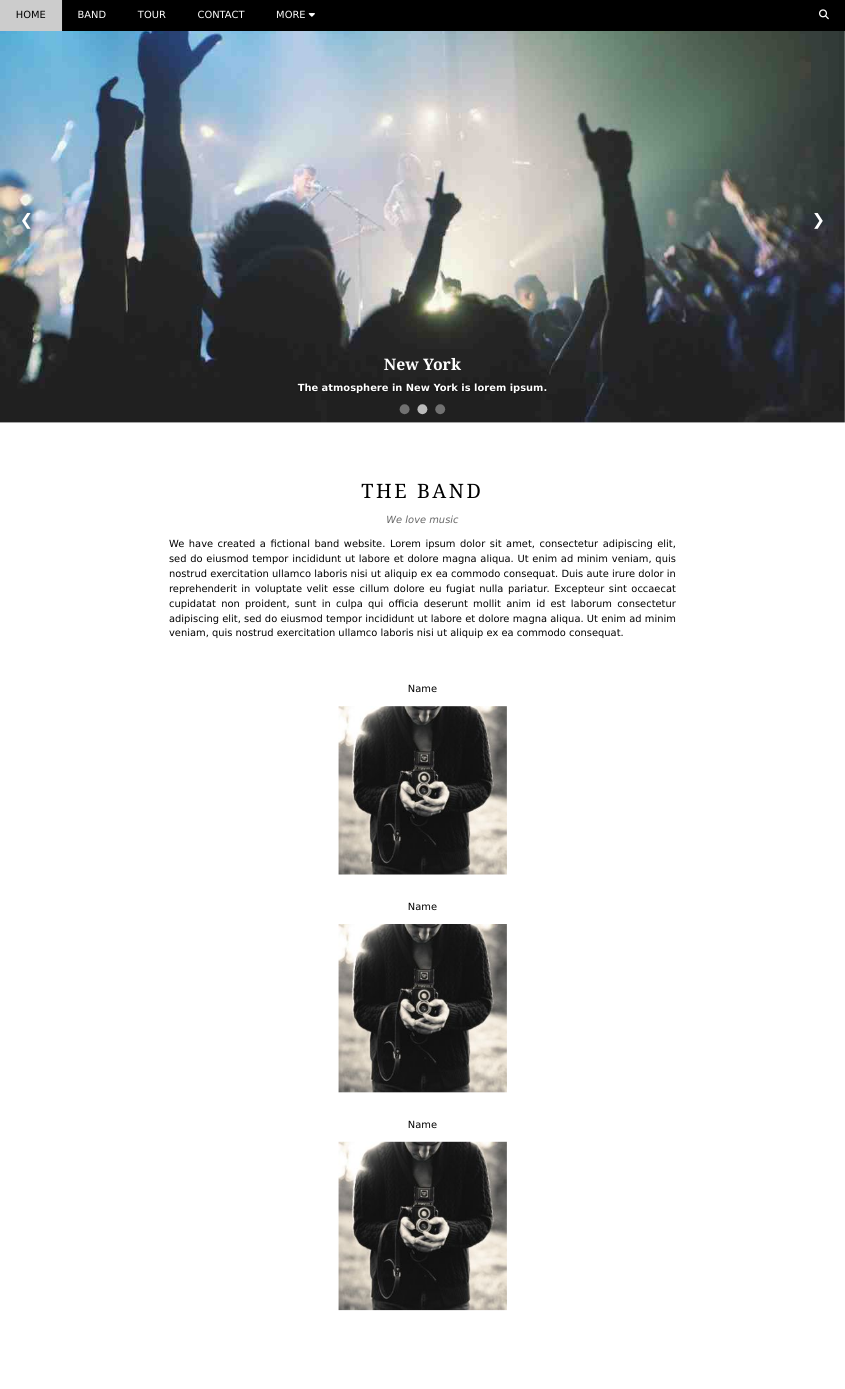
Repository: tam1512/The-Band
Page: index.html
An editor plug-in stored every save of this project. The page is shown before and after the next save, followed by the edit.
The browser window is 1280 px wide. The pictures show the whole page, at 66% of full size.
Some web libraries are served in a nearby version.

Above is the page before, as saved 2022-07-23 11:08:03.

### index.html
<!DOCTYPE html>
<html lang="en">
  <head>
    <meta charset="UTF-8" />
    <meta http-equiv="X-UA-Compatible" content="IE=edge" />
    <meta name="viewport" content="width=device-width, initial-scale=1.0" />
    <link
      rel="stylesheet"
      href="https://cdnjs.cloudflare.com/ajax/libs/font-awesome/6.1.1/css/all.min.css"
      integrity="sha512-KfkfwYDsLkIlwQp6LFnl8zNdLGxu9YAA1QvwINks4PhcElQSvqcyVLLD9aMhXd13uQjoXtEKNosOWaZqXgel0g=="
      crossorigin="anonymous"
      referrerpolicy="no-referrer"
    />
    <link rel="stylesheet" href="./assets/css/style.css" />
    <title>The Band</title>
  </head>
  <body>
    <div class="container">
      <div class="header" id="home">
        <ul class="header_nav">
          <li><a href="#home">HOME</a></li>
          <li><a href="#band">BAND</a></li>
          <li><a href="#tour">TOUR</a></li>
          <li><a href="#contact">CONTACT</a></li>
          <li class="header_nav_dropdown">
            <a href="javascript:void(0)" class="dropbtn">
              MORE
              <i class="fa-solid fa-caret-down"></i>
            </a>
            <div class="dropdown-content">
              <a href="#">Merchandise</a>
              <a href="#">Extras</a>
              <a href="#">Media</a>
            </div>
          </li>
        </ul>
        <div id="header_search">
          <i class="fa-solid fa-magnifying-glass color-white"></i>
        </div>
      </div>
      <!-- Slideshow container -->
      <div class="slider">
        <!-- Full-width image with caption text -->
        <div class="slider_slides-cont">
          <div class="slider_slide">
            <img src="assets/img/la.jpg" alt="Los Angeles" />
            <div class="text padding-32-16 color-white">
              <h3 class="fz-24 margin-10-0">Los Angeles</h3>
              <p class="margin-15-0">
                <b class="text-shadow">We had the bes time playing at Venice Beach!</b>
              </p>
            </div>
          </div>

          <div class="slider_slide">
            <img src="assets/img/ny.jpg" alt="New York" />
            <div class="text padding-32-16 color-white">
              <h3 class="fz-24 margin-10-0">New York</h3>
              <p class="margin-15-0">
                <b class="text-shadow">The atmosphere in New York is lorem ipsum.</b>
              </p>
            </div>
          </div>

          <div class="slider_slide">
            <img src="assets/img/chicago.jpg" alt="Chicago" />
            <div class="text padding-32-16 color-white">
              <h3 class="fz-24 margin-10-0">Chicago</h3>
              <p class="margin-15-0">
                <b class="text-shadow">Thank you, Chicago - A night we won't forget</b>
              </p>
            </div>
          </div>
        </div>

        <!-- The pagination/circles -->
         <div class="slider_pagination"></div>

        <!-- Next and previous buttons (navigatin slide)-->
        <a class="prev">&#10094</a>
        <a class="next">&#10095</a>
        </div>
      </div>
      <div class="content">
        <div class="padding-64-16 text-center" id="band">
          <h2 class="band_tilte fz-30 margin-10-0">THE BAND</h2>
          <p><i class="band_sub-title">We love music</i></p>
          <p class="band_content margin-15-0 text-justify">We have created a fictional band website. Lorem ipsum dolor sit amet, consectetur adipiscing elit, sed do eiusmod tempor incididunt ut labore et dolore magna aliqua. Ut enim ad minim veniam, quis nostrud exercitation ullamco laboris nisi ut aliquip ex ea commodo consequat. Duis aute irure dolor in reprehenderit in voluptate velit esse cillum dolore eu fugiat nulla pariatur. Excepteur sint occaecat cupidatat non proident, sunt in culpa qui officia deserunt mollit anim id est laborum consectetur adipiscing elit, sed do eiusmod tempor incididunt ut labore et dolore magna aliqua. Ut enim ad minim veniam, quis nostrud exercitation ullamco laboris nisi ut aliquip ex ea commodo consequat.</p>
          <div class="band_members padding-32-0">
            <div class="band_member">
              <p class="margin-15-0">Name</p>
              <img src="assets/img/bandmember.jpg" alt="band member" class="band_member_img margin-bottom-16">
            </div>
            <div class="band_member">
              <p class="margin-15-0">Name</p>
              <img src="assets/img/bandmember.jpg" alt="band member" class="band_member_img margin-bottom-16">
            </div>
            <div class="band_member">
              <p class="margin-15-0">Name</p>
              <img src="assets/img/bandmember.jpg" alt="band member" class="band_member_img margin-bottom-16">
            </div>
          </div>
        </div>
      </div>
    </div>
    <script src="assets/js/js.js"></script>
  </body>
</html>

### assets/css/style.css
:root {
}

* {
  padding: 0;
  margin: 0;
  box-sizing: border-box;
}

body {
  font-family: Verdana, sans-serif;
  font-size: 15px;
  line-height: 22.5px;
}

h1,
h2,
h3,
h4,
h5,
h6 {
  font-family: Georgia, serif;
}

.fz-24 {
  font-size: 24px;
}

.fz-30 {
  font-size: 30px;
}

.color-white {
  color: white;
}

.text-center {
  text-align: center;
}

.text-justify {
  text-align: justify;
}

.padding-64-16 {
  padding: 64px 16px !important;
}

.padding-32-16 {
  padding: 32px 16px !important;
}
.padding-32-0 {
  padding: 32px 0;
}

.padding-32 {
  padding: 32px;
}

.margin-0-24 {
  margin: 0 24px !important;
}

.margin-10-0 {
  margin: 10px 0 !important;
}

.margin-15-0 {
  margin: 15px 0 !important;
}

.margin-bottom-16 {
  margin-bottom: 16px;
}

.text-shadow {
  text-shadow: 0 0 3px #000;
}

.header {
  position: fixed;
  top: 0;
  right: 0;
  left: 0;
  z-index: 2;
}

.header_nav {
  list-style-type: none;
  background-color: #000;
  overflow: hidden;
}

.header_nav > li {
  float: left;
}

.header_nav > li > a,
.dropbtn {
  display: inline-block;
  padding: 12px 24px;
  text-align: center;
  color: #fff;
  text-decoration: none;
}

.header_nav > li > a:hover,
.header_nav_dropdown:hover,
.dropbtn:hover,
.dropdown-content a:hover {
  background-color: #ccc;
  color: black;
}

li.header_nav_dropdown {
  display: inline-block;
  /* position: relative; */
}

.dropdown-content {
  display: none;
  position: absolute;
  min-width: 160px;
  background-color: #fff;
  box-shadow: 0px 8px 16px 0px rgba(0, 0, 0, 0.2);
  z-index: 1;
}

.dropdown-content a {
  color: #000 !important;
  text-align: left;
  padding: 8px 16px;
  display: block;
  text-decoration: none;
}

.header_nav_dropdown:hover .dropdown-content {
  display: block;
}

#header_search {
  position: absolute;
  top: 0;
  right: 0;
  padding: 12px 24px;
}

#header_search:hover {
  background-color: #f44336;
}

/* Slider */
/* Slideshow container */
.slider,
.slider_slides-cont {
  max-width: 100%;
  height: auto;
  position: relative;
  /* top: 47px; */
  margin: auto;
}

/* Hide the images by default */
.slider_slide {
  display: none;
}

.slider_slide:first-child {
  display: block;
}

.slider_slides-cont img {
  width: 100%;
  height: 100%;
}

/* Next & previous buttons */
.prev,
.next {
  cursor: pointer;
  position: absolute;
  top: 50%;
  transform: translate(0, -50%);
  margin: 10px;
  padding: 24px 20px;
  color: #fff;
  font-weight: bold;
  font-size: 24px;
  transition: background-color 0.6s ease;
  border-radius: 5px 5px 5px 5px;
  user-select: none;
}

/* Position the "next button" to the right */
.next {
  right: 0;
  border-radius: 5px 5px 5px 5px;
}

/* On hover, add a black backgroound color with a little bit see-through */
.prev:hover,
.next:hover {
  background-color: rgba(191, 191, 191, 0.6);
  color: rgb(26, 23, 23);
  font-weight: bolder;
}

/* Caption text */
.text {
  position: absolute;
  left: 50%;
  transform: translate(-50%, -100%);
  text-align: center;
}

.slider_pagination {
  position: absolute;
  left: 50%;
  transform: translate(-50%, -120%);
}

.slider_pagination_btn {
  cursor: pointer;
  padding: 6px;
  background-color: transparent;
  display: inline-block;
  transition: background-color 0.6s ease;
}

.slider_pagination_btn::before {
  content: "";
  display: inline-block;
  height: 15px;
  width: 15px;
  border-radius: 50%;
  background-color: #717171;
}
.slider_pagination_btn.slider_pagination_btn--sel::before,
.slider_pagination_btn:hover::before {
  background-color: #bbb;
}

/* content */

#band,
#tour,
#contact {
  max-width: 800px;
  margin-left: auto;
  margin-right: auto;
}

/* band */

.band_tilte {
  font-weight: normal;
  line-height: 45px;
  letter-spacing: 4px;
}

.band_sub-title {
  opacity: 0.6;
}

/* Third image */
.third {
  float: left;
  width: calc(100% / 3);
}

### assets/js/js.js
let currentIndex = 0;
let newIndex = 0;
let autoplay = true;

//tạo một object cho việc tự động chuyển slide
let Autoplay = {
  timerID: null,
  interval: 4000,

  start: function () {
    this.timerID = setInterval(function () {
      newIndex++;
      navigateSlider();
    }, this.interval);
  },

  reset: function () {
    clearInterval(this.timerID);
    this.start();
  },
};

let slideElements = document.getElementsByClassName("slider_slide");
let slidesLength = slideElements.length;
let paginationElement = document.getElementsByClassName("slider_pagination")[0];
let prevElement = document.getElementsByClassName("prev")[0];
let nextElement = document.getElementsByClassName("next")[0];

// lấy sự kiện click của 2 nut prev và next
prevElement.addEventListener("click", function () {
  newIndex--;
  navigateSlider();
});

nextElement.addEventListener("click", function () {
  newIndex++;
  navigateSlider();
});

// tạo số dot tương ứng với số slide
paginationHTML = [];
for (let i = 0; i < slidesLength; i++) {
  paginationHTML.push(
    `<span class="slider_pagination_btn" data-index="${i}"></span>`
  );
}
// Thêm paginationHTML vào bên trong thẻ HTML
paginationElement.innerHTML = paginationHTML.join("");

//kiểm tra xem đã có phần tử chứa class="slider_pagination_btn" chưa? nếu có lấy giá trị trong data-index của nó gán cho newIndex
paginationElement.addEventListener("click", function (e) {
  let target = e.target;
  if (target.classList.contains("slider_pagination_btn")) {
    newIndex = Number(target.getAttribute("data-index"));
    navigateSlider();
  }
});

// Hàm hiện thị slide
function navigateSlider() {
  // Kiểm tra để newIndex luôn nằm trong khoảng từ 0 -> slideLength
  if (newIndex < 0) {
    newIndex = slidesLength - 1;
  } else if (newIndex > slidesLength - 1) {
    newIndex = 0;
  }

  //Thêm và xóa slider_pagination_btn--sel
  paginationElement.childNodes[currentIndex].classList.remove(
    "slider_pagination_btn--sel"
  );
  paginationElement.childNodes[newIndex].classList.add(
    "slider_pagination_btn--sel"
  );

  //reset interval(khoảng thời gian) để slide không gặp vấn đề về chuyển đổi
  if (autoplay) {
    Autoplay.reset();
  }

  //Ẩn slide trước và hiện slide cần hiện
  slideElements[currentIndex].style.display = "none";
  slideElements[newIndex].style.display = "block";

  currentIndex = newIndex;
}

// thiết lập autoplay cho slider
if (autoplay) {
  Autoplay.start();
}

// khi load page sẽ bị lỗi hiển thị ban đầu, đây là cách giải quyết
navigateSlider();

After the next save:
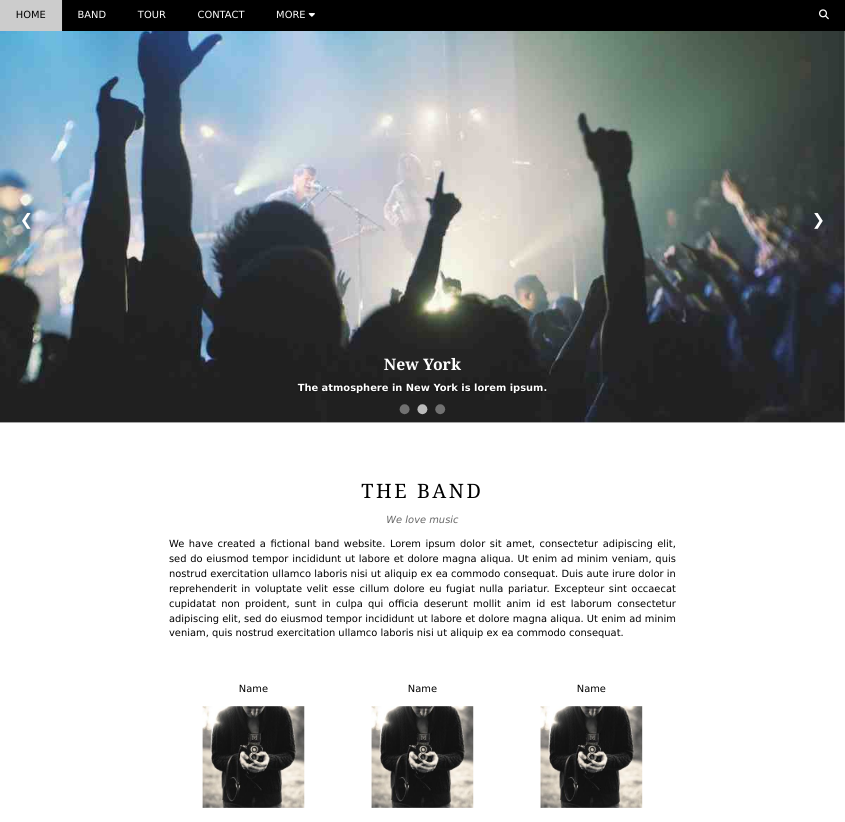
Saved 24 s later.
--- a/assets/css/style.css
+++ b/assets/css/style.css
@@ -263,7 +263,11 @@ li.header_nav_dropdown {
 }
 
 /* Third image */
-.third {
+.band_member {
   float: left;
   width: calc(100% / 3);
 }
+
+.band_member_img {
+  width: 60%;
+}
